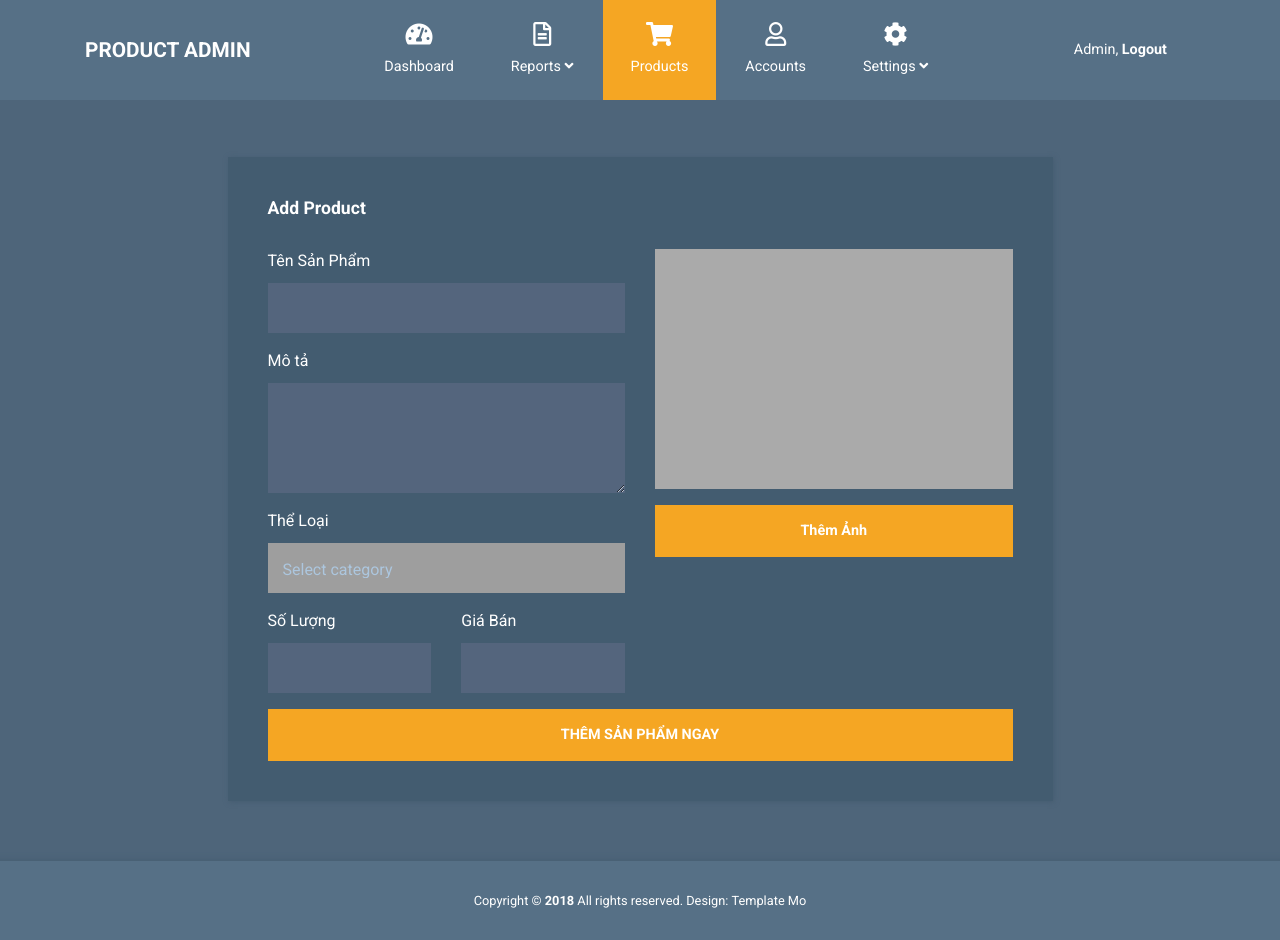
Repository: TruongNguyen0512/Bookhabor-ecommere-web
Page: http://localhost/bookHabor/add-product.jsp
The author's editor kept a copy of each file at every save. The page is drawn from the files as they stood at one save, then again after the next save.
The browser window is 1280 px wide. The pictures show the whole page.
Pictures or frames that could not be fetched are drawn as grey boxes. The page is served by Tomcat 9. Nobody is signed in. The application's start-up code is not run. Other server files are loaded and not shown.

Above is the page before, as saved 2023-12-08 17:29:38.

### bookHabor/src/main/webapp/add-product.jsp
<%@ page language="java" contentType="text/html; charset=UTF-8"
	pageEncoding="UTF-8"%>
<!DOCTYPE html>
<html lang="en">
<head>
<meta charset="UTF-8" />
<meta name="viewport" content="width=device-width, initial-scale=1.0" />
<meta http-equiv="X-UA-Compatible" content="ie=edge" />
<title>Add Product - Dashboard HTML Template</title>
<link rel="stylesheet"
	href="https://fonts.googleapis.com/css?family=Roboto:400,700" />
<!-- https://fonts.google.com/specimen/Roboto -->
<link rel="stylesheet" href="css/fontawesome.min.css" />
<!-- https://fontawesome.com/ -->
<link rel="stylesheet" href="jquery-ui-datepicker/jquery-ui.min.css"
	type="text/css" />
<!-- http://api.jqueryui.com/datepicker/ -->
<link rel="stylesheet" href="css/bootstrap.min.css" />
<!-- https://getbootstrap.com/ -->
<link rel="stylesheet" href="css/templatemo-style.css">
<!--
	Product Admin CSS Template
	https://templatemo.com/tm-524-product-admin
	-->
</head>

<body>
	<nav class="navbar navbar-expand-xl">
		<div class="container h-100">
			<a class="navbar-brand" href="index.html">
				<h1 class="tm-site-title mb-0">Product Admin</h1>
			</a>
			<button class="navbar-toggler ml-auto mr-0" type="button"
				data-toggle="collapse" data-target="#navbarSupportedContent"
				aria-controls="navbarSupportedContent" aria-expanded="false"
				aria-label="Toggle navigation">
				<i class="fas fa-bars tm-nav-icon"></i>
			</button>

			<div class="collapse navbar-collapse" id="navbarSupportedContent">
				<ul class="navbar-nav mx-auto h-100">
					<li class="nav-item"><a class="nav-link" href="index.html">
							<i class="fas fa-tachometer-alt"></i> Dashboard <span
							class="sr-only">(current)</span>
					</a></li>
					<li class="nav-item dropdown"><a
						class="nav-link dropdown-toggle" href="#" id="navbarDropdown"
						role="button" data-toggle="dropdown" aria-haspopup="true"
						aria-expanded="false"> <i class="far fa-file-alt"></i> <span>
								Reports <i class="fas fa-angle-down"></i>
						</span>
					</a>
						<div class="dropdown-menu" aria-labelledby="navbarDropdown">
							<a class="dropdown-item" href="#">Daily Report</a> <a
								class="dropdown-item" href="#">Weekly Report</a> <a
								class="dropdown-item" href="#">Yearly Report</a>
						</div></li>
					<li class="nav-item"><a class="nav-link active"
						href="products.html"> <i class="fas fa-shopping-cart"></i>
							Products
					</a></li>

					<li class="nav-item"><a class="nav-link" href="accounts.html">
							<i class="far fa-user"></i> Accounts
					</a></li>
					<li class="nav-item dropdown"><a
						class="nav-link dropdown-toggle" href="#" id="navbarDropdown"
						role="button" data-toggle="dropdown" aria-haspopup="true"
						aria-expanded="false"> <i class="fas fa-cog"></i> <span>
								Settings <i class="fas fa-angle-down"></i>
						</span>
					</a>
						<div class="dropdown-menu" aria-labelledby="navbarDropdown">
							<a class="dropdown-item" href="#">Profile</a> <a
								class="dropdown-item" href="#">Billing</a> <a
								class="dropdown-item" href="#">Customize</a>
						</div></li>
				</ul>
				<ul class="navbar-nav">
					<li class="nav-item"><a class="nav-link d-block"
						href="login.html"> Admin, <b>Logout</b>
					</a></li>
				</ul>
			</div>
		</div>
	</nav>
	<div class="container tm-mt-big tm-mb-big">
		<div class="row">
			<div class="col-xl-9 col-lg-10 col-md-12 col-sm-12 mx-auto">
				<div class="tm-bg-primary-dark tm-block tm-block-h-auto">
					<div class="row">
						<div class="col-12">
							<h2 class="tm-block-title d-inline-block">Add Product</h2>
						</div>
					</div>
					<div class="row tm-edit-product-row">
						<div class="col-xl-6 col-lg-6 col-md-12">
							<form action="" class="tm-edit-product-form" method="POST">
								<div class="form-group mb-3">
									<label for="name">Tên Sản Phẩm </label> <input id="tenSanPham"
										name="tenSanPham" type="text" class="form-control validate"
										required />
								</div>
								<div class="form-group mb-3">
									<label for="description">Mô tả</label>
									<textarea class="form-control validate" rows="3" name="moTa"
										required></textarea>
								</div>
								<div class="form-group mb-3">
									<label for="category">Thể Loại</label> <select
										class="custom-select tm-select-accounts" id="category"
										name="category">
										<option selected>Select category</option>
										<option value="khoaHoc">Khoa Học</option>
										<option value="vanHoc">Văn Học</option>
										<option value="doiSong">Đời Sống</option>
									</select>
								</div>
								<div class="row">
									<div class="form-group mb-3 col-xs-12 col-sm-6">
										<label for="expire_date">Số Lượng</label> <input id=""
											name="soLuong" type="text" class="form-control validate"
											data-large-mode="true" />
									</div>
									<div class="form-group mb-3 col-xs-12 col-sm-6">
										<label for="stock">Giá Bán</label> <input id="stock"
											name="giaBan" type="text" class="form-control validate"
											required />
									</div>
								</div>
						</div>
						<div class="col-xl-6 col-lg-6 col-md-12 mx-auto mb-4">
							<div class="tm-product-img-dummy mx-auto">
								<img id="uploadedImage1" src="" alt="Uploaded Image 1"
									style="display: none; max-width: 100%; height: auto;"> <img
									id="uploadedImage2" src="" alt="Uploaded Image 2"
									style="display: none; max-width: 100%; height: auto;"> <img
									id="uploadedImage3" src="" alt="Uploaded Image 3"
									style="display: none; max-width: 100%; height: auto;">
							</div>
							<div class="custom-file mt-3 mb-3">
								<input id="fileInput1" name="fileInput1" type="file"
									style="display: none;" onchange="previewImage(event, 1)">
								<input id="fileInput2" name="fileInput2" type="file"
									style="display: none;" onchange="previewImage(event, 2)">
								<input id="fileInput3" name="fileInput3" type="file"
									style="display: none;" onchange="previewImage(event, 3)">
								<input type="button" class="btn btn-primary btn-block mx-auto"
									value="Thêm Ảnh" onclick="openFileInput()">
							</div>
						</div>
						<div class="col-12">
							<button type="submit"
								class="btn btn-primary btn-block text-uppercase"
								value="themSanPham">Thêm Sản Phẩm Ngay</button>
						</div>
						</form>
					</div>
				</div>
			</div>
		</div>
	</div>
	<footer class="tm-footer row tm-mt-small">
		<div class="col-12 font-weight-light">
			<p class="text-center text-white mb-0 px-4 small">
				Copyright &copy; <b>2018</b> All rights reserved. Design: <a
					rel="nofollow noopener" href="https://templatemo.com"
					class="tm-footer-link">Template Mo</a>
			</p>
		</div>
	</footer>

	<script src="js/jquery-3.3.1.min.js"></script>
	<!-- https://jquery.com/download/ -->
	<script src="jquery-ui-datepicker/jquery-ui.min.js"></script>
	<!-- https://jqueryui.com/download/ -->
	<script src="js/bootstrap.min.js"></script>
	<!-- https://getbootstrap.com/ -->
	<script>
		$(function() {
			$("#expire_date").datepicker();
		});
	</script>

	<script>
    function openFileInput() {
        document.getElementById('fileInput1').click();
    }

    function previewImage(event, imageNumber) {
        const input = event.target;
        if (input.files && input.files[0]) {
            const reader = new FileReader();

            reader.onload = function(e) {
                for (let i = 1; i <= 3; i++) {
                    const imageId = 'uploadedImage' + i;
                    const image = document.getElementById(imageId);
                    if (i === imageNumber) {
                        image.src = e.target.result;
                        image.style.display = 'block';
                    } else {
                        image.style.display = 'none';
                    }
                }
            };

            reader.readAsDataURL(input.files[0]);
        }
    }
</script>
</body>
</html>

Loaded but not shown: bookHabor/src/main/webapp/css/fontawesome.min.css (library); bookHabor/src/main/webapp/jquery-ui-datepicker/jquery-ui.min.css (library); bookHabor/src/main/webapp/css/bootstrap.min.css (library); bookHabor/src/main/webapp/js/jquery-3.3.1.min.js (library); bookHabor/src/main/webapp/jquery-ui-datepicker/jquery-ui.min.js (library); bookHabor/src/main/webapp/js/bootstrap.min.js (library); bookHabor/src/main/webapp/css/templatemo-style.css (710 lines, source omitted)

After the next save:
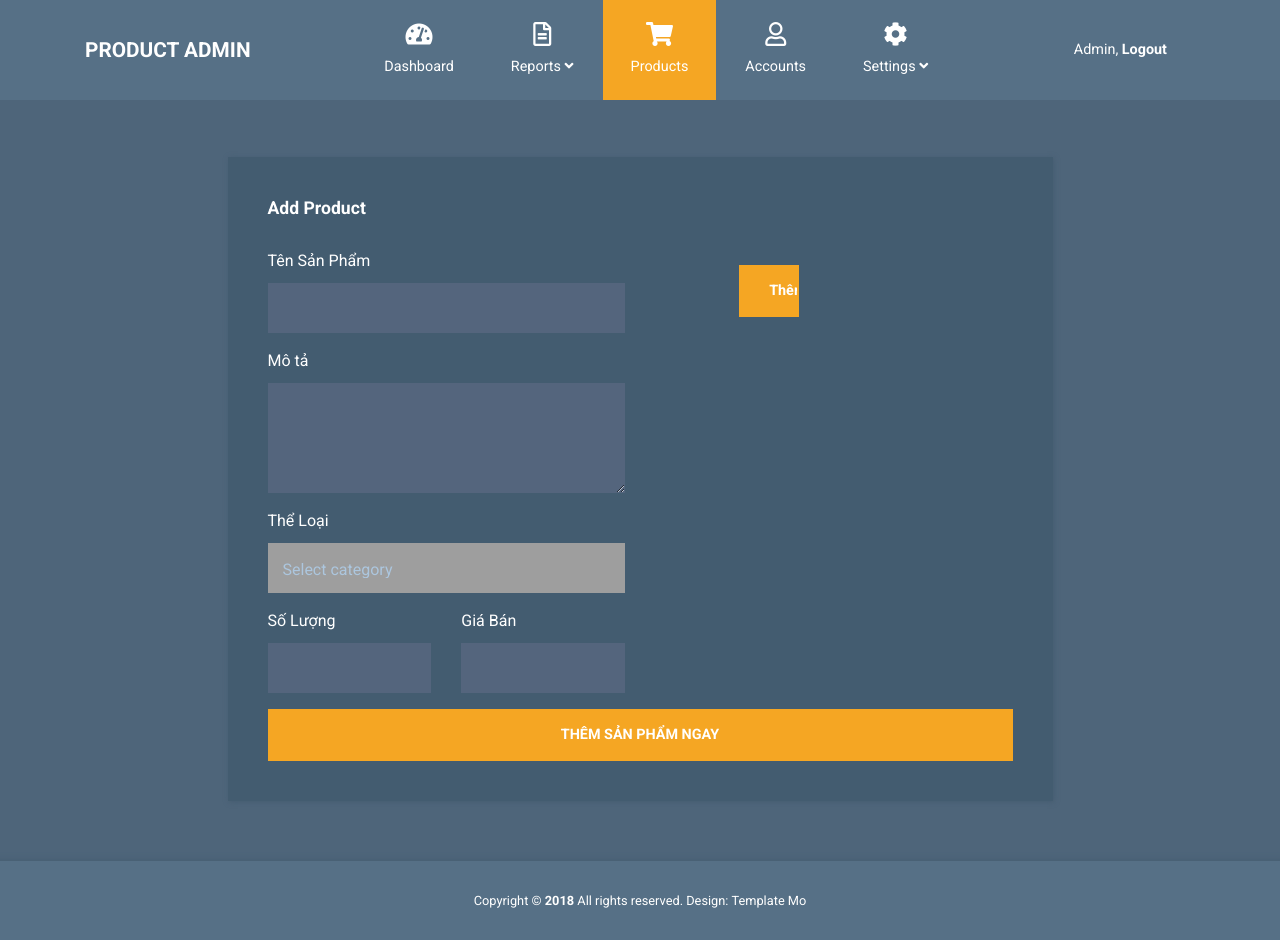
Saved 17 min 48 s later.
--- a/bookHabor/src/main/webapp/add-product.jsp
+++ b/bookHabor/src/main/webapp/add-product.jsp
@@ -129,24 +129,38 @@
 									</div>
 								</div>
 						</div>
-						<div class="col-xl-6 col-lg-6 col-md-12 mx-auto mb-4">
-							<div class="tm-product-img-dummy mx-auto">
-								<img id="uploadedImage1" src="" alt="Uploaded Image 1"
-									style="display: none; max-width: 100%; height: auto;"> <img
-									id="uploadedImage2" src="" alt="Uploaded Image 2"
-									style="display: none; max-width: 100%; height: auto;"> <img
-									id="uploadedImage3" src="" alt="Uploaded Image 3"
-									style="display: none; max-width: 100%; height: auto;">
-							</div>
-							<div class="custom-file mt-3 mb-3">
+						<div class="row">
+							<div class="col-xl-4 col-lg-4 col-md-4 mx-auto mb-4">
+								<div class="tm-product-img-dummy mx-auto">
+									<img id="uploadedImage1" src="" alt="Uploaded Image 1"
+										style="display: none; max-width: 100%; height: auto;">
+								</div>
 								<input id="fileInput1" name="fileInput1" type="file"
 									style="display: none;" onchange="previewImage(event, 1)">
+							</div>
+							<div class="col-xl-4 col-lg-4 col-md-4 mx-auto mb-4">
+								<div class="tm-product-img-dummy mx-auto">
+									<img id="uploadedImage2" src="" alt="Uploaded Image 2"
+										style="display: none; max-width: 100%; height: auto;">
+								</div>
 								<input id="fileInput2" name="fileInput2" type="file"
 									style="display: none;" onchange="previewImage(event, 2)">
+							</div>
+							<div class="col-xl-4 col-lg-4 col-md-4 mx-auto mb-4">
+								<div class="tm-product-img-dummy mx-auto">
+									<img id="uploadedImage3" src="" alt="Uploaded Image 3"
+										style="display: none; max-width: 100%; height: auto;">
+								</div>
 								<input id="fileInput3" name="fileInput3" type="file"
 									style="display: none;" onchange="previewImage(event, 3)">
-								<input type="button" class="btn btn-primary btn-block mx-auto"
-									value="Thêm Ảnh" onclick="openFileInput()">
+							</div>
+						</div>
+						<div class="row">
+							<div class="col-xl-6 col-lg-6 col-md-12 mx-auto mb-4">
+								<div class="custom-file mt-3 mb-3">
+									<input type="button" class="btn btn-primary btn-block mx-auto"
+										value="Thêm Ảnh" onclick="openFileInput()">
+								</div>
 							</div>
 						</div>
 						<div class="col-12">
@@ -183,31 +197,31 @@
 	</script>
 
 	<script>
-    function openFileInput() {
-        document.getElementById('fileInput1').click();
-    }
-
-    function previewImage(event, imageNumber) {
-        const input = event.target;
-        if (input.files && input.files[0]) {
-            const reader = new FileReader();
-
-            reader.onload = function(e) {
-                for (let i = 1; i <= 3; i++) {
-                    const imageId = 'uploadedImage' + i;
-                    const image = document.getElementById(imageId);
-                    if (i === imageNumber) {
-                        image.src = e.target.result;
-                        image.style.display = 'block';
-                    } else {
-                        image.style.display = 'none';
-                    }
-                }
-            };
-
-            reader.readAsDataURL(input.files[0]);
-        }
-    }
-</script>
+		let currentImageNumber = 1;
+
+		function openFileInput() {
+			if (currentImageNumber <= 3) {
+				document.getElementById('fileInput' + currentImageNumber)
+						.click();
+				currentImageNumber++;
+			}
+		}
+
+		function previewImage(event, imageNumber) {
+			const input = event.target;
+			if (input.files && input.files[0]) {
+				const reader = new FileReader();
+
+				reader.onload = function(e) {
+					const imageId = 'uploadedImage' + imageNumber;
+					const image = document.getElementById(imageId);
+					image.src = e.target.result;
+					image.style.display = 'block';
+				};
+
+				reader.readAsDataURL(input.files[0]);
+			}
+		}
+	</script>
 </body>
 </html>
